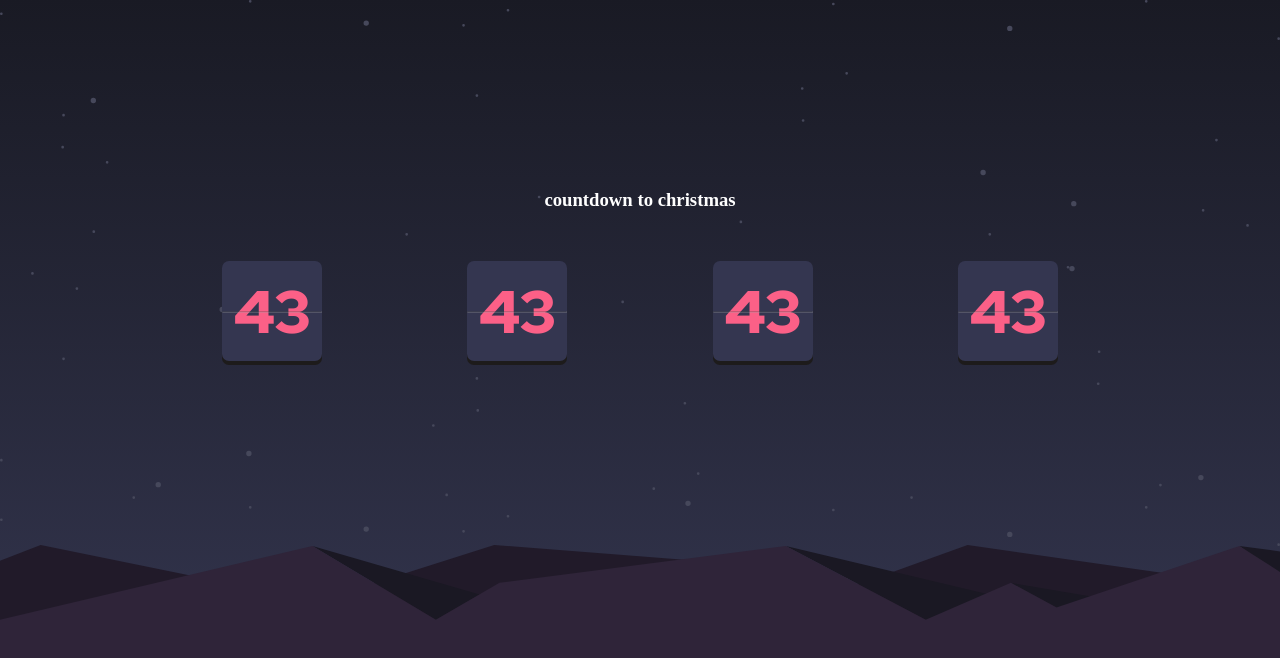
Repository: Eugene44-hub/countdown
Page: index.html
An editor plug-in stored every save of this project. The page is shown before and after the next save, followed by the edit.
The browser window is 1280 px wide. The pictures show the whole page.

Above is the page before, as saved 2021-09-12 03:37:21.

After the next save:
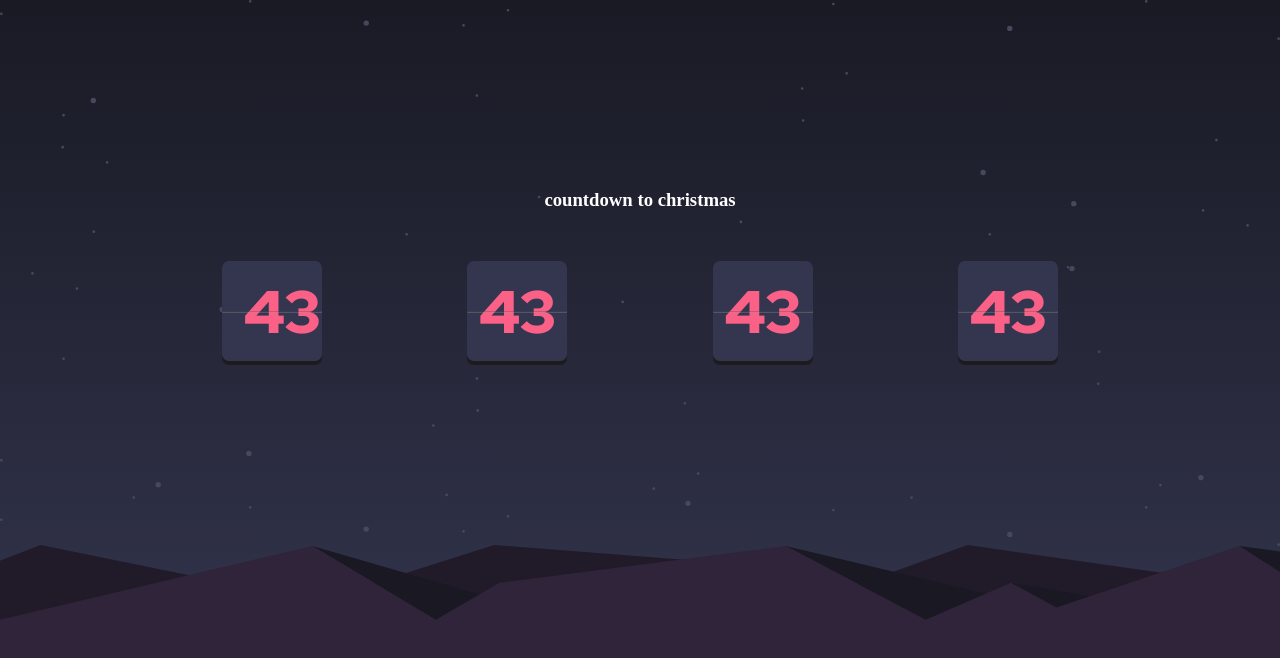
Saved 9 s later.
--- a/style.css
+++ b/style.css
@@ -61,7 +61,9 @@ p {
     margin: auto;
 }
 
-.circle {}
+.circle {
+    padding: 10px;
+}
 
 hr {
     position: absolute;

After the save that followed:
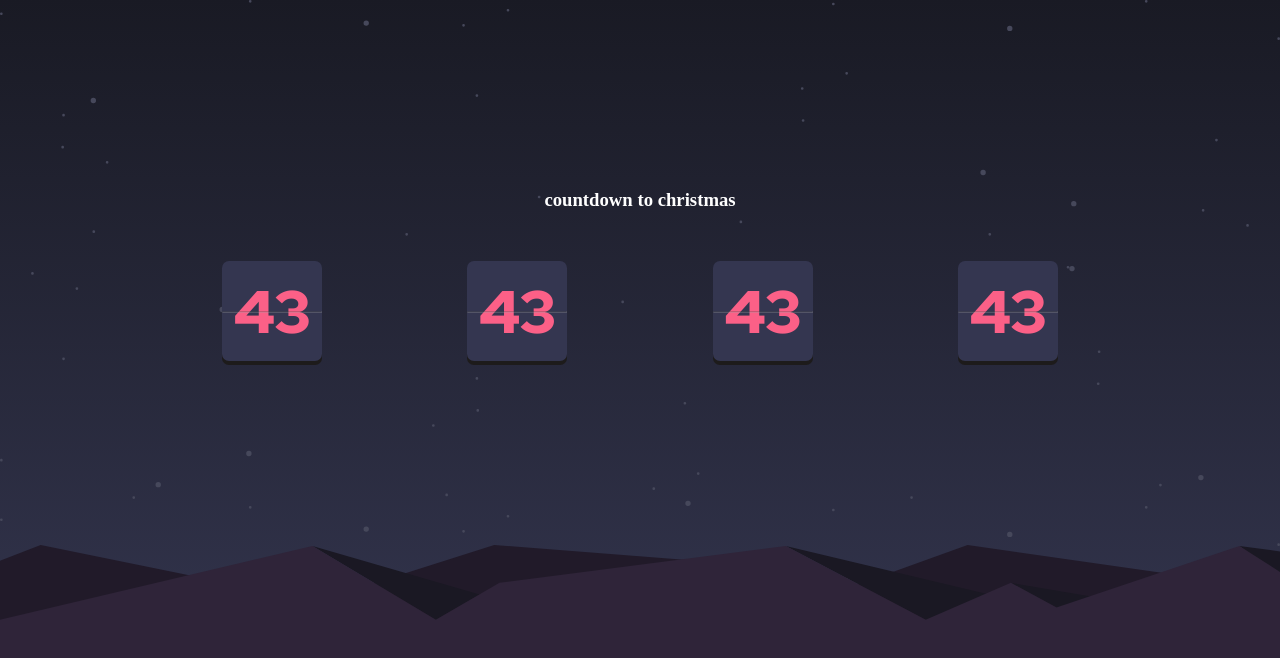
Saved 10 s later.
--- a/style.css
+++ b/style.css
@@ -62,7 +62,7 @@ p {
 }
 
 .circle {
-    padding: 10px;
+    padding: ;
 }
 
 hr {
